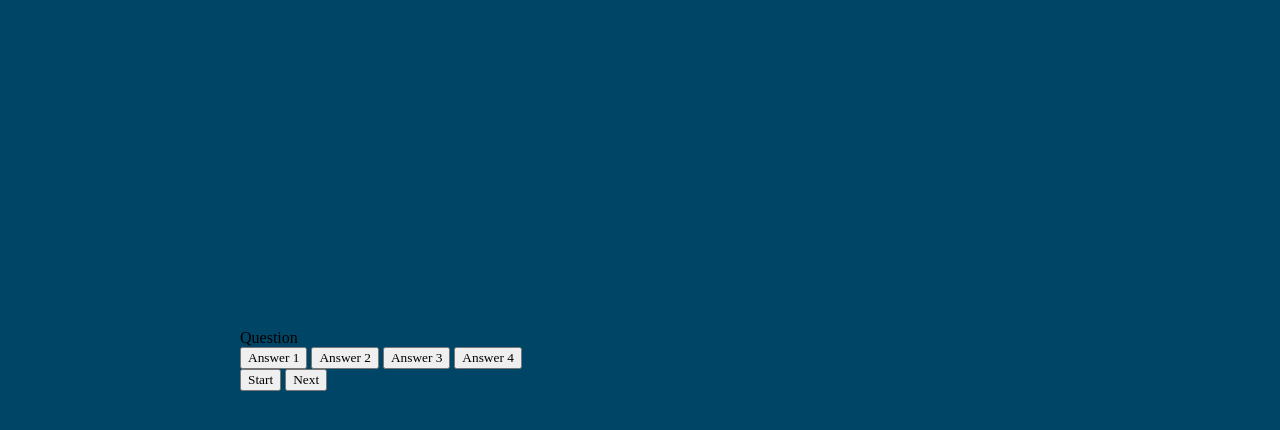
Repository: DaNiels89/quiz-js
Page: index.html
An editor plug-in stored every save of this project. The page is shown before and after the next save, followed by the edit.
The browser window is 1280 px wide. The pictures show the whole page.

Above is the page before, as saved 2020-06-22 09:46:10.

### index.html
<!DOCTYPE html>
<html lang="en">

<head>
    <meta charset="UTF-8">
    <meta name="viewport" content="width=device-width, initial-scale=1.0">
    <link rel="stylesheet" href="css/styles.css">
    <script defer scr="script.js"></script>
    <title>Quiz</title>
</head>

<body>
    <div class="container">
        <div id="question-container" class="hide">
            <div class="question">Question</div>
            <div id="answer-buttons" class="btn-grid">
                <button class="btn">Answer 1</button>
                <button class="btn">Answer 2</button>
                <button class="btn">Answer 3</button>
                <button class="btn">Answer 4</button>
            </div>
        </div>
        <div class="controls">
            <button id="start-btn" class="start-btn btn">Start</button>
            <button id="next-btn" class="next-btn btn">Next</button>
        </div>
    </div>
</body>

</html>

### css/styles.css
*, *::before, *::after {
    box-sizing: border-box;
    font-family: Gotham Rounded;
}

:root {
    --hue-neutral: 200;
    --hue-wrong: 0;
    --hue-correct: 145;
}

body {
    --hue: var(--hue-neutral);
    padding: 0;
    margin: 0;
    display: flex;
    width: 100vw;
    height: 100vh;
    justify-content: center;
    align-items: center;
    background-color: hsl(var(--hue), 100%, 20%);
}

body.correct {
    --hue: var(--hue-correct);
}

body.wrong {
    --hue: var(--hue-wrong);
}

.container {
    width: 800px;
    max-width: 80%;
}

After the next save:
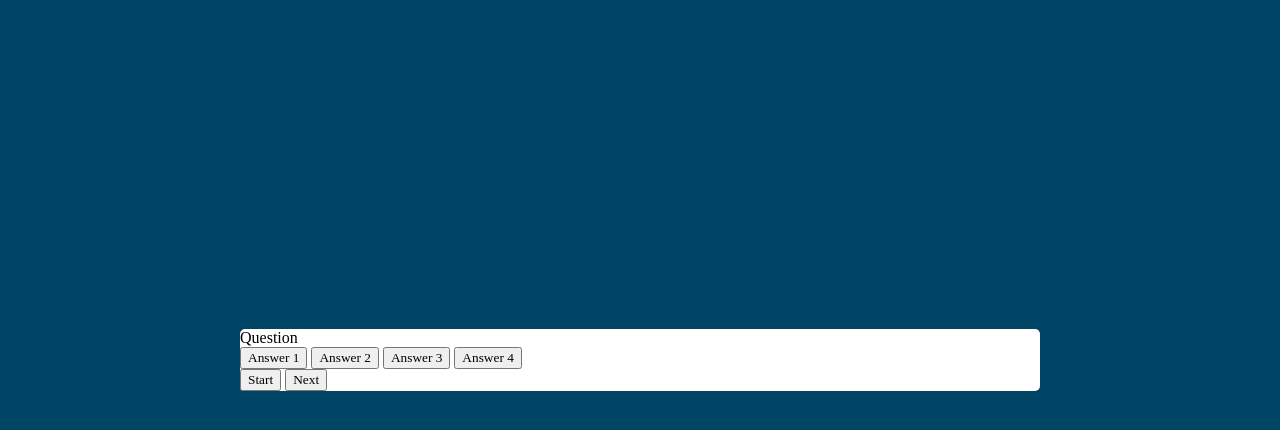
Saved 20 s later.
--- a/css/styles.css
+++ b/css/styles.css
@@ -32,4 +32,6 @@ body.wrong {
 .container {
     width: 800px;
     max-width: 80%;
+    background-color: white;
+    border-radius: 5px;
 }
